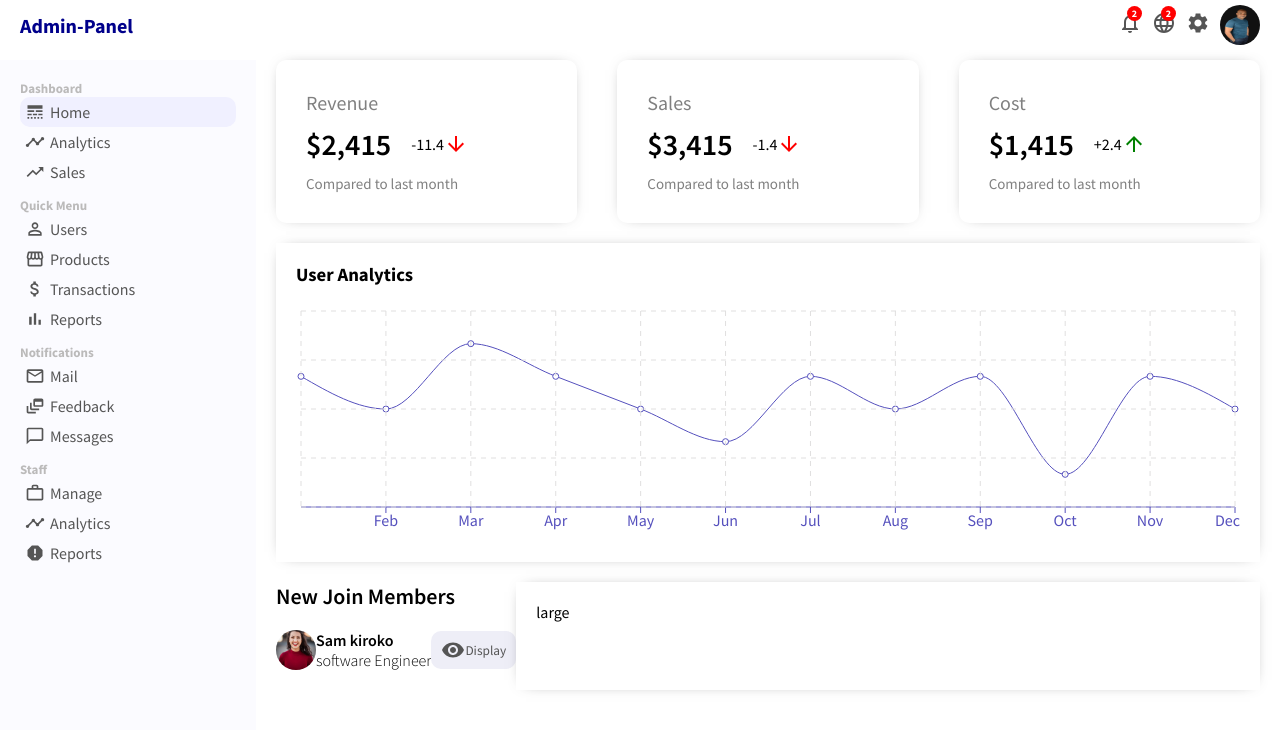
Repository: Samkiroko/admin-panel-ui
Page: /
The author's editor kept a copy of each file at every save. The page is drawn from the files as they stood at one save, then again after the next save.
The browser window is 1280 px wide. The pictures show the whole page.
The project was rebuilt for these pictures with package versions that can differ from the ones it lists, and the page was loaded fresh each time.

Above is the page before, as saved 2021-09-22 21:55:04.

### public/index.html
<!DOCTYPE html>
<html lang="en">
  <head>
    <meta charset="utf-8" />

    <meta name="viewport" content="width=device-width, initial-scale=1" />
    <meta name="theme-color" content="#000000" />
    <meta
      name="description"
      content="Web site created using create-react-app"
    />
    <link rel="preconnect" href="https://fonts.googleapis.com" />
    <link rel="preconnect" href="https://fonts.gstatic.com" crossorigin />
    <link
      href="https://fonts.googleapis.com/css2?family=Source+Sans+Pro:wght@200;300;400;600;700;900&display=swap"
      rel="stylesheet"
    />

    <style>
      * {
        font-family: "Source Sans Pro", sans-serif;
        margin: 0;
      }
    </style>
    <title>React admin panel</title>
  </head>

  <body>
    <noscript>You need to enable JavaScript to run this app.</noscript>
    <div id="root"></div>
  </body>
</html>

### src/App.js
import Sidebar from './components/sidebar/Sidebar'
import Topbar from './components/topbar/Topbar'
import './app.css'
import Home from './pages/home/Home'

function App() {
  return (
    <div className='App'>
      <Topbar />
      <div className='container'>
        <Sidebar />
        <Home />
      </div>
    </div>
  )
}

export default App

### src/components/sidebar/Sidebar.js
import {
  LineStyle,
  Timeline,
  TrendingUp,
  PermIdentity,
  Storefront,
  AttachMoney,
  BarChart,
  MailOutline,
  DynamicFeed,
  ChatBubbleOutline,
  WorkOutline,
  Report,
} from '@material-ui/icons'
import React from 'react'
import './sidebar.css'

const Sidebar = () => {
  return (
    <div className='sidebar'>
      <div className='sidebarWrapper'>
        <div className='sidebarMenu'>
          <h3 className='sidebarTitle'>Dashboard</h3>
          <ul className='sidebarList'>
            <li className='sidebarListItem active'>
              <LineStyle className='sidebarIcon' />
              Home
            </li>

            <li className='sidebarListItem'>
              <Timeline className='sidebarIcon' />
              Analytics
            </li>
            <li className='sidebarListItem'>
              <TrendingUp className='sidebarIcon' />
              Sales
            </li>
          </ul>
        </div>
        <div className='sidebarMenu'>
          <h3 className='sidebarTitle'>Quick Menu</h3>
          <ul className='sidebarList'>
            <li className='sidebarListItem'>
              <PermIdentity className='sidebarIcon' />
              Users
            </li>

            <li className='sidebarListItem'>
              <Storefront className='sidebarIcon' />
              Products
            </li>

            <li className='sidebarListItem'>
              <AttachMoney className='sidebarIcon' />
              Transactions
            </li>
            <li className='sidebarListItem'>
              <BarChart className='sidebarIcon' />
              Reports
            </li>
          </ul>
        </div>
        <div className='sidebarMenu'>
          <h3 className='sidebarTitle'>Notifications</h3>
          <ul className='sidebarList'>
            <li className='sidebarListItem'>
              <MailOutline className='sidebarIcon' />
              Mail
            </li>
            <li className='sidebarListItem'>
              <DynamicFeed className='sidebarIcon' />
              Feedback
            </li>
            <li className='sidebarListItem'>
              <ChatBubbleOutline className='sidebarIcon' />
              Messages
            </li>
          </ul>
        </div>
        <div className='sidebarMenu'>
          <h3 className='sidebarTitle'>Staff</h3>
          <ul className='sidebarList'>
            <li className='sidebarListItem'>
              <WorkOutline className='sidebarIcon' />
              Manage
            </li>
            <li className='sidebarListItem'>
              <Timeline className='sidebarIcon' />
              Analytics
            </li>
            <li className='sidebarListItem'>
              <Report className='sidebarIcon' />
              Reports
            </li>
          </ul>
        </div>
      </div>
    </div>
  )
}

export default Sidebar

### src/components/topbar/Topbar.js
import React from 'react'
import './topbar.css'
import { Language, NotificationsNone, Settings } from '@material-ui/icons'
import avatar from '../../images/sam_pic.jpeg'
const Topbar = () => {
  return (
    <div className='topbar'>
      <div className='topbarWrapper'>
        <div className='topLeft'>
          <span className='logo'>Admin-Panel</span>
        </div>
        <div className='topRight'>
          <div className='topbarIconContainer'>
            <NotificationsNone />
            <span className='topIconBadge'>2</span>
          </div>
          <div className='topbarIconContainer'>
            <Language />
            <span className='topIconBadge'>2</span>
          </div>
          <div className='topbarIconContainer'>
            <Settings />
          </div>
          <img src={avatar} alt='avatar' className='topAvatar' />
        </div>
      </div>
    </div>
  )
}

export default Topbar

### src/app.css
.container {
    display: flex;
    margin-top: 10px;
}

.link {
    text-decoration: none;
    color: inherit;
}

### src/pages/home/Home.js
import React from 'react'
import Chart from '../../components/chart/Chart'
import FeatureInfo from '../../components/featuredInfo/FeatureInfo'
import './home.css'
import { userData } from '../../dummyData'
import WidgetLg from '../../components/widgetLg/WidgetLg'
import WidgetSm from '../../components/widgetSm/WidgetSm'

const Home = () => {
  return (
    <div className='home'>
      <FeatureInfo />
      <Chart data={userData} title='User Analytics' grid dataKey='Active User' />
      <div className='homeWidgets'>
        <WidgetSm />
        <WidgetLg />
      </div>
    </div>
  )
}

export default Home

### src/components/sidebar/sidebar.css
.sidebar {
    flex: 1;
    height: calc(100vh - 50px);
    background-color: rgb(251, 251, 255);
    position: sticky;
    top: 50px;
}

.sidebarWrapper {
    padding: 20px;
    color: #555;
}

.sidebarMenu {
    margin-bottom: 10px;
}

.sidebarTitle {
    font-size: 13px;
    color: rgb(187, 186, 186);
}

.sidebarList {
    list-style: none;
    padding: 0;
}

.sidebarListItem {
    padding: 5px;
    cursor: pointer;
    display: flex;
    align-items: center;
    border-radius: 10px;
}

.sidebarListItem.active,
.sidebarListItem:hover {
    background-color: rgb(240, 240, 255);
}

.sidebarIcon {
    margin-right: 5px;
    font-size: 20px !important;
}

### src/components/topbar/topbar.css
.topbar {
    width: 100%;
    height: 50px;
    background-color: white;
    position: sticky;
    top: 0;
    z-index: 999;
}

.topbarWrapper {
    height: 100%;
    padding: 0px 20px;
    display: flex;
    align-items: center;
    justify-content: space-between;
}

.logo {
    font-weight: bold;
    font-size: 20px;
    color: darkblue;
    cursor: pointer;
}

.topbarIconContainer {
    position: relative;
    align-items: center;
    margin-right: 10px;
    color: #555;
}

.topIconBadge {
    width: 15px;
    height: 15px;
    position: absolute;
    top: -5px;
    right: 0px;
    background-color: red;
    color: white;
    border-radius: 50%;
    display: flex;
    align-items: center;
    justify-content: center;
    font-size: 10px;
    font-weight: bold;
}

.topRight {
    display: flex;
    align-items: center;
    cursor: pointer;
}

.topAvatar {
    width: 40px;
    height: 40px;
    border-radius: 50%;
    cursor: pointer;
}

### src/components/chart/Chart.js
import './chart.css'
import { LineChart, Line, XAxis, CartesianGrid, Tooltip, ResponsiveContainer } from 'recharts'

export default function Chart({ title, data, dataKey, grid }) {
  return (
    <div className='chart'>
      <h3 className='chartTitle'>{title}</h3>
      <ResponsiveContainer width='100%' aspect={4 / 1}>
        <LineChart data={data}>
          <XAxis dataKey='name' stroke='#5550bd' />
          <Line type='monotone' dataKey={dataKey} stroke='#5550bd' />
          <Tooltip />
          {grid && <CartesianGrid stroke='#e0dfdf' strokeDasharray='5 5' />}
        </LineChart>
      </ResponsiveContainer>
    </div>
  )
}

### src/components/featuredInfo/FeatureInfo.js
import { ArrowDownward, ArrowUpward } from '@material-ui/icons'
import React from 'react'
import './featureInfo.css'

const FeatureInfo = () => {
  return (
    <div className='featured'>
      <div className='featuredItem'>
        <span className='featuredTitle'>Revenue</span>
        <div className='featuredMoneyContainer'>
          <span className='featuredMoney'>$2,415</span>
          <span className='featuredMoneyRate'>
            -11.4
            <ArrowDownward className='featuredIcon negative' />
          </span>
        </div>
        <span className='featuredSub'>Compared to last month</span>
      </div>
      <div className='featuredItem'>
        <span className='featuredTitle'>Sales</span>
        <div className='featuredMoneyContainer'>
          <span className='featuredMoney'>$3,415</span>
          <span className='featuredMoneyRate'>
            -1.4
            <ArrowDownward className='featuredIcon negative' />
          </span>
        </div>
        <span className='featuredSub'>Compared to last month</span>
      </div>{' '}
      <div className='featuredItem'>
        <span className='featuredTitle'>Cost</span>
        <div className='featuredMoneyContainer'>
          <span className='featuredMoney'>$1,415</span>
          <span className='featuredMoneyRate'>
            +2.4
            <ArrowUpward className='featuredIcon ' />
          </span>
        </div>
        <span className='featuredSub'>Compared to last month</span>
      </div>
    </div>
  )
}

export default FeatureInfo

### src/dummyData.js
export const userData = [
  {
    name: 'Jan',
    'Active User': 4000,
  },
  {
    name: 'Feb',
    'Active User': 3000,
  },
  {
    name: 'Mar',
    'Active User': 5000,
  },
  {
    name: 'Apr',
    'Active User': 4000,
  },
  {
    name: 'May',
    'Active User': 3000,
  },
  {
    name: 'Jun',
    'Active User': 2000,
  },
  {
    name: 'Jul',
    'Active User': 4000,
  },
  {
    name: 'Aug',
    'Active User': 3000,
  },
  {
    name: 'Sep',
    'Active User': 4000,
  },
  {
    name: 'Oct',
    'Active User': 1000,
  },
  {
    name: 'Nov',
    'Active User': 4000,
  },
  {
    name: 'Dec',
    'Active User': 3000,
  },
]

export const productData = [
  {
    name: 'Jan',
    Sales: 4000,
  },
  {
    name: 'Feb',
    Sales: 3000,
  },
  {
    name: 'Mar',
    Sales: 5000,
  },
]

export const userRows = [
  {
    id: 1,
    username: 'Jon Snow',
    avatar: 'https://images.pexels.com/photos/1152994/pexels-photo-1152994.jpeg?auto=compress&cs=tinysrgb&dpr=2&w=500',
    email: 'jon@gmail.com',
    status: 'active',
    transaction: '$120.00',
  },
  {
    id: 2,
    username: 'Jon Snow',
    avatar: 'https://images.pexels.com/photos/1152994/pexels-photo-1152994.jpeg?auto=compress&cs=tinysrgb&dpr=2&w=500',
    email: 'jon@gmail.com',
    status: 'active',
    transaction: '$120.00',
  },
  {
    id: 3,
    username: 'Jon Snow',
    avatar: 'https://images.pexels.com/photos/1152994/pexels-photo-1152994.jpeg?auto=compress&cs=tinysrgb&dpr=2&w=500',
    email: 'jon@gmail.com',
    status: 'active',
    transaction: '$120.00',
  },
  {
    id: 4,
    username: 'Jon Snow',
    avatar: 'https://images.pexels.com/photos/1152994/pexels-photo-1152994.jpeg?auto=compress&cs=tinysrgb&dpr=2&w=500',
    email: 'jon@gmail.com',
    status: 'active',
    transaction: '$120.00',
  },
  {
    id: 5,
    username: 'Jon Snow',
    avatar: 'https://images.pexels.com/photos/1152994/pexels-photo-1152994.jpeg?auto=compress&cs=tinysrgb&dpr=2&w=500',
    email: 'jon@gmail.com',
    status: 'active',
    transaction: '$120.00',
  },
  {
    id: 6,
    username: 'Jon Snow',
    avatar: 'https://images.pexels.com/photos/1152994/pexels-photo-1152994.jpeg?auto=compress&cs=tinysrgb&dpr=2&w=500',
    email: 'jon@gmail.com',
    status: 'active',
    transaction: '$120.00',
  },
  {
    id: 7,
    username: 'Jon Snow',
    avatar: 'https://images.pexels.com/photos/1152994/pexels-photo-1152994.jpeg?auto=compress&cs=tinysrgb&dpr=2&w=500',
    email: 'jon@gmail.com',
    status: 'active',
    transaction: '$120.00',
  },
  {
    id: 8,
    username: 'Jon Snow',
    avatar: 'https://images.pexels.com/photos/1152994/pexels-photo-1152994.jpeg?auto=compress&cs=tinysrgb&dpr=2&w=500',
    email: 'jon@gmail.com',
    status: 'active',
    transaction: '$120.00',
  },
  {
    id: 9,
    username: 'Jon Snow',
    avatar: 'https://images.pexels.com/photos/1152994/pexels-photo-1152994.jpeg?auto=compress&cs=tinysrgb&dpr=2&w=500',
    email: 'jon@gmail.com',
    status: 'active',
    transaction: '$120.00',
  },
  {
    id: 10,
    username: 'Jon Snow',
    avatar: 'https://images.pexels.com/photos/1152994/pexels-photo-1152994.jpeg?auto=compress&cs=tinysrgb&dpr=2&w=500',
    email: 'jon@gmail.com',
    status: 'active',
    transaction: '$120.00',
  },
]

export const productRows = [
  {
    id: 1,
    name: 'Apple Airpods',
    img: 'https://images.pexels.com/photos/7156886/pexels-photo-7156886.jpeg?auto=compress&cs=tinysrgb&dpr=2&w=500',
    stock: 123,
    status: 'active',
    price: '$120.00',
  },
  {
    id: 2,
    name: 'Apple Airpods',
    img: 'https://images.pexels.com/photos/7156886/pexels-photo-7156886.jpeg?auto=compress&cs=tinysrgb&dpr=2&w=500',
    stock: 123,
    status: 'active',
    price: '$120.00',
  },
  {
    id: 3,
    name: 'Apple Airpods',
    img: 'https://images.pexels.com/photos/7156886/pexels-photo-7156886.jpeg?auto=compress&cs=tinysrgb&dpr=2&w=500',
    stock: 123,
    status: 'active',
    price: '$120.00',
  },
  {
    id: 4,
    name: 'Apple Airpods',
    img: 'https://images.pexels.com/photos/7156886/pexels-photo-7156886.jpeg?auto=compress&cs=tinysrgb&dpr=2&w=500',
    stock: 123,
    status: 'active',
    price: '$120.00',
  },
  {
    id: 5,
    name: 'Apple Airpods',
    img: 'https://images.pexels.com/photos/7156886/pexels-photo-7156886.jpeg?auto=compress&cs=tinysrgb&dpr=2&w=500',
    stock: 123,
    status: 'active',
    price: '$120.00',
  },
  {
    id: 6,
    name: 'Apple Airpods',
    img: 'https://images.pexels.com/photos/7156886/pexels-photo-7156886.jpeg?auto=compress&cs=tinysrgb&dpr=2&w=500',
    stock: 123,
    status: 'active',
    price: '$120.00',
  },
  {
    id: 7,
    name: 'Apple Airpods',
    img: 'https://images.pexels.com/photos/7156886/pexels-photo-7156886.jpeg?auto=compress&cs=tinysrgb&dpr=2&w=500',
    stock: 123,
    status: 'active',
    price: '$120.00',
  },
  {
    id: 8,
    name: 'Apple Airpods',
    img: 'https://images.pexels.com/photos/7156886/pexels-photo-7156886.jpeg?auto=compress&cs=tinysrgb&dpr=2&w=500',
    stock: 123,
    status: 'active',
    price: '$120.00',
  },
  {
    id: 9,
    name: 'Apple Airpods',
    img: 'https://images.pexels.com/photos/7156886/pexels-photo-7156886.jpeg?auto=compress&cs=tinysrgb&dpr=2&w=500',
    stock: 123,
    status: 'active',
    price: '$120.00',
  },
  {
    id: 10,
    name: 'Apple Airpods',
    img: 'https://images.pexels.com/photos/7156886/pexels-photo-7156886.jpeg?auto=compress&cs=tinysrgb&dpr=2&w=500',
    stock: 123,
    status: 'active',
    price: '$120.00',
  },
]

### src/components/widgetLg/WidgetLg.js
import React from 'react'
import './widgetLg.css'

const WidgetLg = () => {
  return <div className='widgetLg'>large</div>
}

export default WidgetLg

### src/components/widgetSm/WidgetSm.js
import React from 'react'
import './widgetSm.css'
import avatar from '../../images/avatar2.jpg'
import { Visibility } from '@material-ui/icons'

const WidgetSm = () => {
  return (
    <div className='widgetSg'>
      <span className='widgetSmTitle'>New Join Members</span>
      <ul className='widgetSmList'>
        <li className='widgetSmListItem'>
          <img src={avatar} alt='avatar' className='widgetSmImg' />
          <div className='widgetSmUser'>
            <span className='widgetSmUsername'>Sam kiroko</span>
            <span className='widgetSmUserTitle'>software Engineer</span>
          </div>
          <button className='widgetSmButton'>
            <Visibility />
            Display
          </button>
        </li>
      </ul>
    </div>
  )
}

export default WidgetSm

### src/components/chart/chart.css
.chart {
    margin: 20px;
    padding: 20px;
    cursor: pointer;
    -webkit-box-shadow: 0px 0px 15px -10px rgba(0, 0, 0, 0.75);
    box-shadow: 0px 0px 15px -10px rgba(0, 0, 0, 0.75);
}

.chartTitle {
    margin-bottom: 20px;
}

### src/components/featuredInfo/featureInfo.css
.featured {
    width: 100%;
    display: flex;
    justify-content: space-between;
}

.featuredItem {
    flex: 1;
    margin: 0px 20px;
    padding: 30px;
    border-radius: 10px;
    cursor: pointer;
    -webkit-box-shadow: 0px 0px 15px -10px rgba(0, 0, 0, 0.75);
    box-shadow: 0px 0px 15px -10px rgba(0, 0, 0, 0.75);
}

.featuredTitle {
    font-size: 20px;
    color: gray;
}

.featuredMoneyContainer {
    margin: 10px 0px;
    display: flex;
    align-items: center;
}

.featuredMoney {
    font-size: 30px;
    font-weight: 600;
}

.featuredMoneyRate {
    display: flex;
    align-items: center;
    margin-left: 20px;
}

.featuredIcon {
    font-size: 14px;
    margin-right: 5px;
    color: green;
}

.featuredIcon.negative {
    color: red;
}

.featuredSub {
    font-size: 15px;
    color: gray;
}

### src/components/widgetLg/widgetLg.css
.widgetLg {
    flex: 2;
    padding: 20px;
    -webkit-box-shadow: 0px 0px 15px -10px rgba(0, 0, 0, 0.75);
    box-shadow: 0px 0px 15px -10px rgba(0, 0, 0, 0.75);
}

### src/components/widgetSm/widgetSm.css
.widgetSm {
    flex: 1;
    -webkit-box-shadow: 0px 0px 15px -10px rgba(0, 0, 0, 0.75);
    box-shadow: 0px 0px 15px -10px rgba(0, 0, 0, 0.75);
    padding: 20px;
    margin-right: 20px;
}

.widgetSmTitle {
    font-size: 22px;
    font-weight: 600;
}

.widgetSmImg {
    width: 40px;
    height: 40px;
    border-radius: 50%;
    object-fit: cover;
}

.widgetSmList {
    margin: 0;
    padding: 0;
    list-style: none;
}

.widgetSmListItem {
    display: flex;
    align-items: center;
    justify-content: space-between;
    margin: 20px 0px;
}

.widgetSmUser {
    display: flex;
    flex-direction: column;
}

.widgetSmUsername {
    font-weight: 600;
}

.widgetSmUserTitle {
    font-weight: 300;
}

.widgetSmButton {
    display: flex;
    align-items: center;
    border: none;
    border-radius: 10px;
    padding: 7px 10px;
    background-color: #eeeef7;
    color: #555;
    cursor: pointer;
}

.widgetSmIcon {
    font-size: 16px !important;
    margin-right: 5px;
}

Loaded but not shown: src/index.js (common file); src/index.css (common file); src/pages/home/home.css (common file)

After the next save:
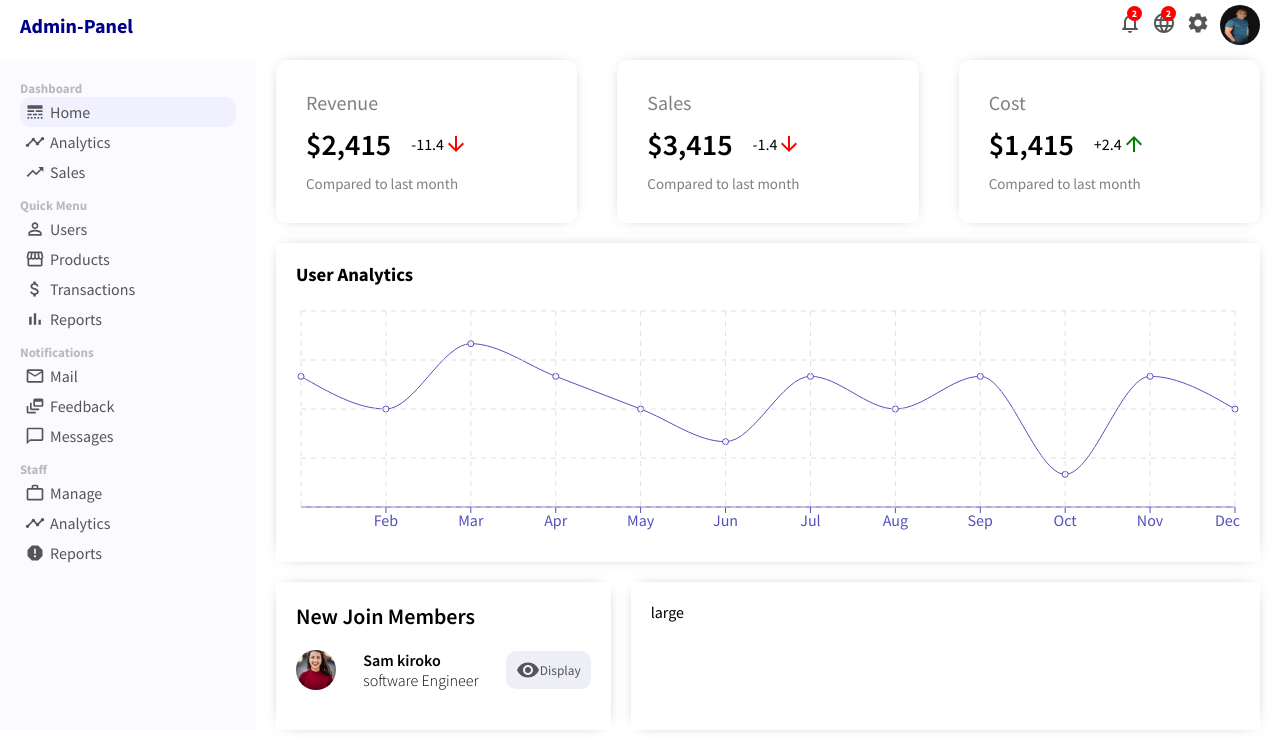
Saved 35 s later.
--- a/src/components/widgetSm/WidgetSm.js
+++ b/src/components/widgetSm/WidgetSm.js
@@ -5,7 +5,7 @@ import { Visibility } from '@material-ui/icons'
 
 const WidgetSm = () => {
   return (
-    <div className='widgetSg'>
+    <div className='widgetSm'>
       <span className='widgetSmTitle'>New Join Members</span>
       <ul className='widgetSmList'>
         <li className='widgetSmListItem'>
